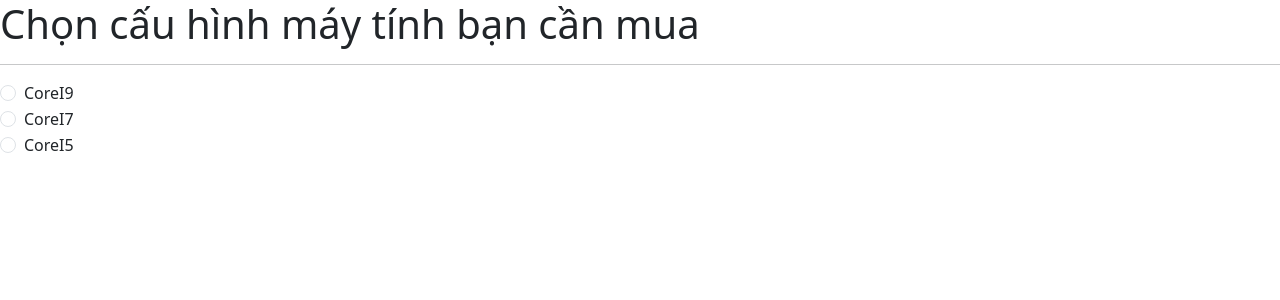
Repository: Vanh260703/Java-Servlet
Page: http://localhost/Bai7/muaMayTinh.jsp
An editor plug-in stored every save of this project. The page is shown before and after the next save, followed by the edit.
The browser window is 1280 px wide. The pictures show the whole page.
The page is served by Tomcat 9.

Above is the page before, as saved 2025-03-04 18:48:55.

After the next save:
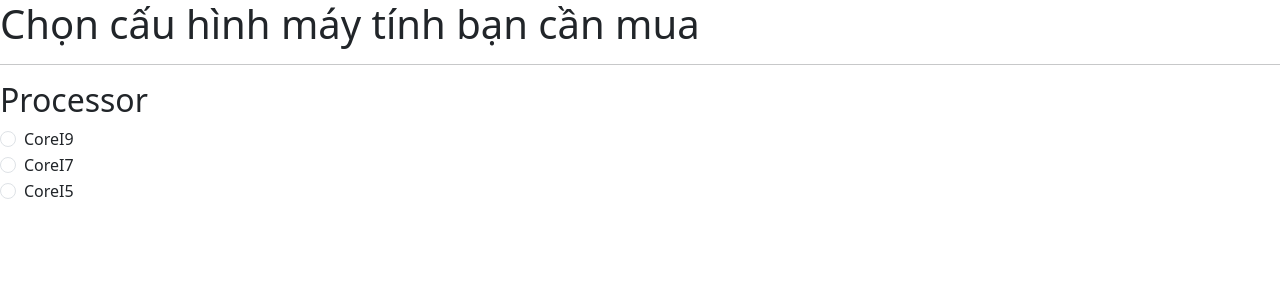
Saved 31 s later.
--- a/Bai7/src/main/webapp/muaMayTinh.jsp
+++ b/Bai7/src/main/webapp/muaMayTinh.jsp
@@ -13,6 +13,7 @@
 	<h1>Chọn cấu hình máy tính bạn cần mua</h1>
 	<hr/>
 	<form action="">
+	<h2>Processor</h2>
 		<div class="form-check">
   <input class="form-check-input" type="radio" name="processor" id = "coreI9" value = "coreI9">
   <label class="" for="coreI9">
